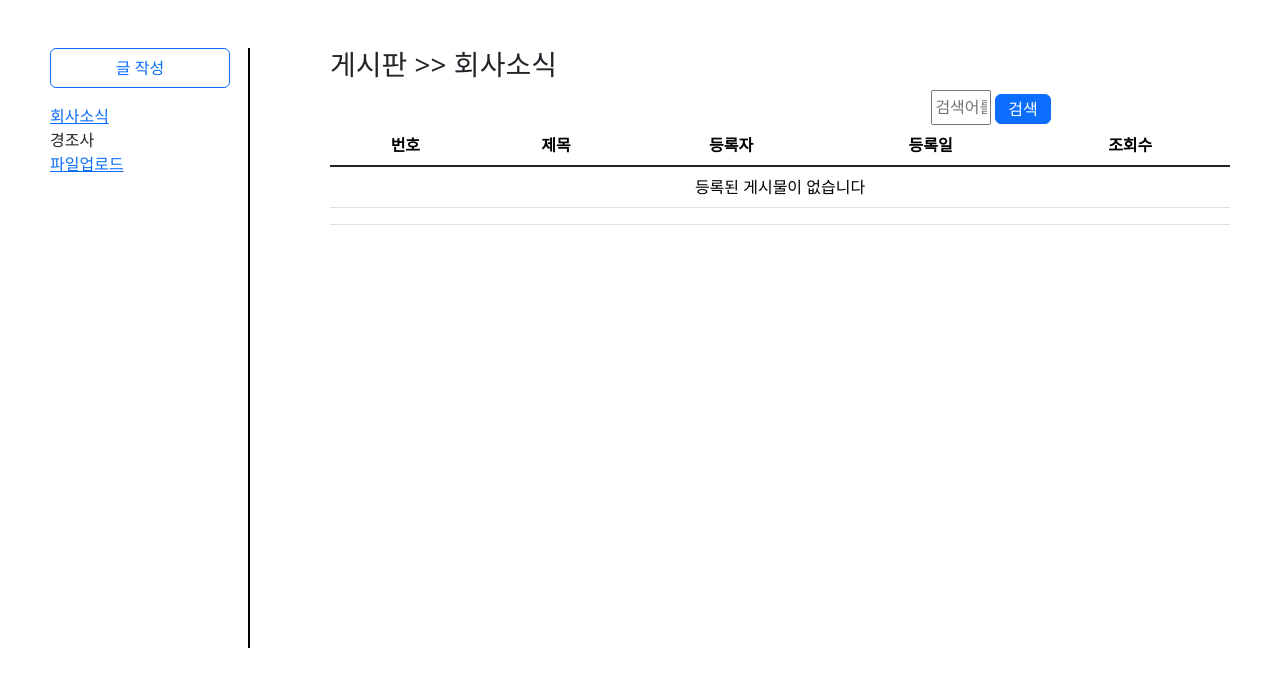
Repository: KimDongGyuu/final
Page: http://localhost/aceworks/WEB-INF/views/company_news/company_news_List.jsp
These files come from the project's save history. The page is drawn as it stood at one moment and after the next save; the edit follows.
The browser window is 1280 px wide. The pictures show the whole page.
The page is served by Tomcat 9. Nobody is signed in. The template is opened directly, without the code that normally fills it, so the values that code supplies are empty.

Above is the page before, as saved 2024-03-17 04:05:40.

After the next save:
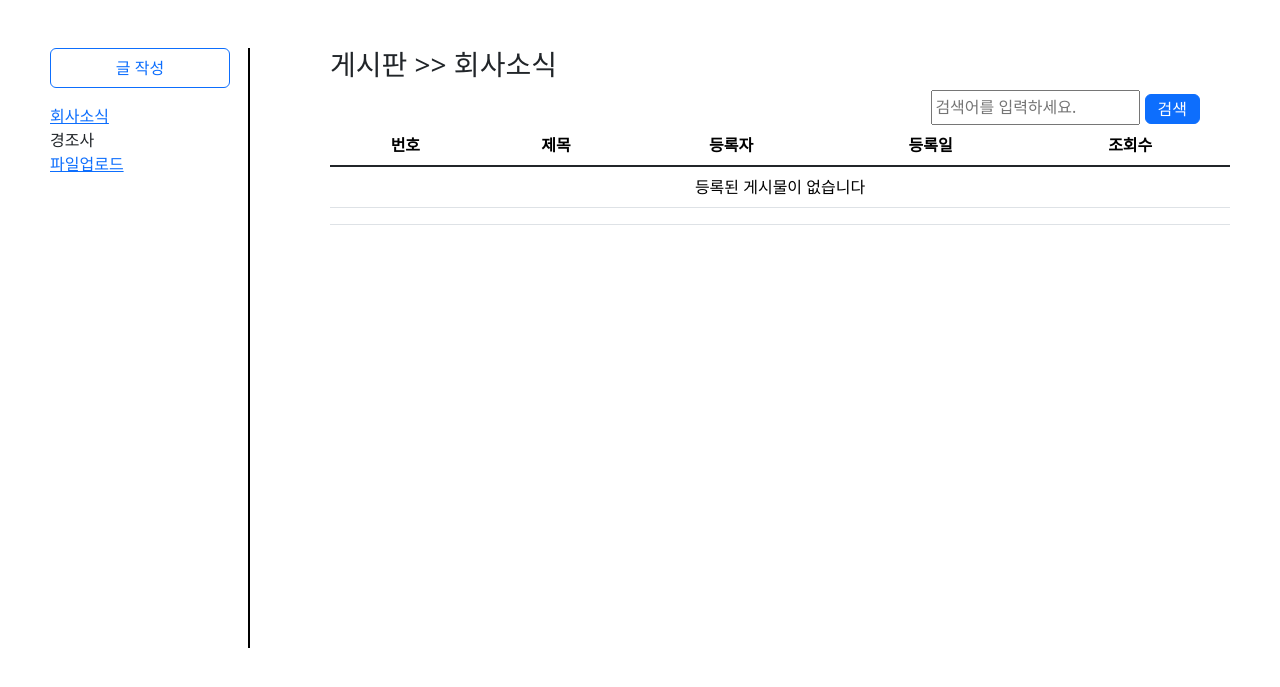
Saved 8 s later.
--- a/aceworks/src/main/webapp/WEB-INF/views/company_news/company_news_List.jsp
+++ b/aceworks/src/main/webapp/WEB-INF/views/company_news/company_news_List.jsp
@@ -49,7 +49,7 @@ h3 {
 		<div class="mt-5 mb-2"><span class="h3">게시판 &gt;&gt; 회사소식</span></div>
 <div class="mt-2 d-flex gap-2 justify-content-end">
     <form action="company_newsSearch.do">
-        <input type="text" id="searchKeyword" name="keyword" placeholder="검색어를 입력하세요." style="width:20%; height: 35px;">
+        <input type="text" id="searchKeyword" name="keyword" placeholder="검색어를 입력하세요." style="width:70%; height: 35px;">
         <button id="Sbt" type="submit" class="btn btn btn-primary">검색</button>
     </form>
 </div>
